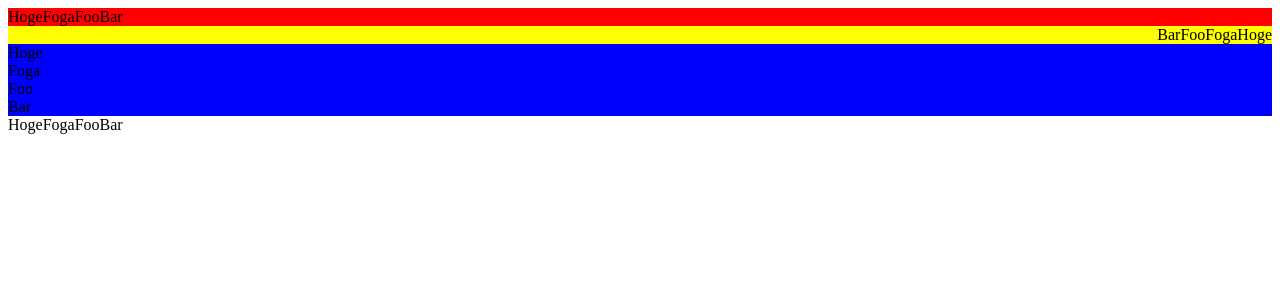
Repository: IkutoHiroki/samurai_HTML_CSS
Page: FlexboxSample1.html
The author's editor kept a record of every edit. The page is drawn from the files as they stood at one moment, then again after the next edit.
The browser window is 1280 px wide. The pictures show the whole page.

Above is the page before.

### FlexboxSample1.html
<!DOCTYPE html>
<html lang="ja">
<head>
    <meta charset="UTF-8">

    <title>Flexbox等の使い方</title>
    <style>
        #sort{
            display:flex;
            flex-direction:row;
            background-color:red;
        }

        #reverse{
            display:flex;
            flex-direction:row-reverse;
            background-color:yellow;
        }

        #column{
            display:flex;
            flex-direction:column;
            background-color:blue;
        }

        #column-reverse{
            display:flex;
            flex-direction:;
            background-color:;
        }
    </style>
</head>
<body>
    <div id="sort">
        <div>Hoge</div>
        <div>Foga</div>
        <div>Foo</div>
        <div>Bar</div>
    </div>

    <div id="reverse">
        <div>Hoge</div>
        <div>Foga</div>
        <div>Foo</div>
        <div>Bar</div>
    </div>

    <div id="column">
        <div>Hoge</div>
        <div>Foga</div>
        <div>Foo</div>
        <div>Bar</div>
    </div>

    <div id="column-reverse">
        <div>Hoge</div>
        <div>Foga</div>
        <div>Foo</div>
        <div>Bar</div>
    </div>

</body>
</html>

After the next edit:
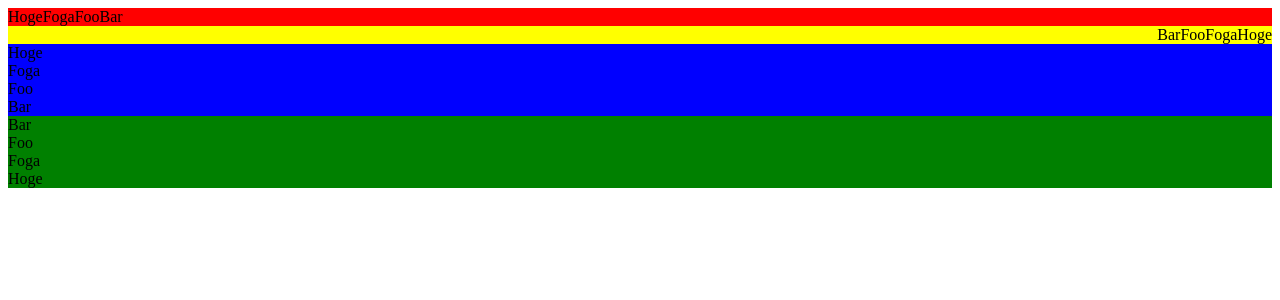
The edit:
--- a/FlexboxSample1.html
+++ b/FlexboxSample1.html
@@ -25,8 +25,8 @@
 
         #column-reverse{
             display:flex;
-            flex-direction:;
-            background-color:;
+            flex-direction:column-reverse;
+            background-color:green;
         }
     </style>
 </head>
